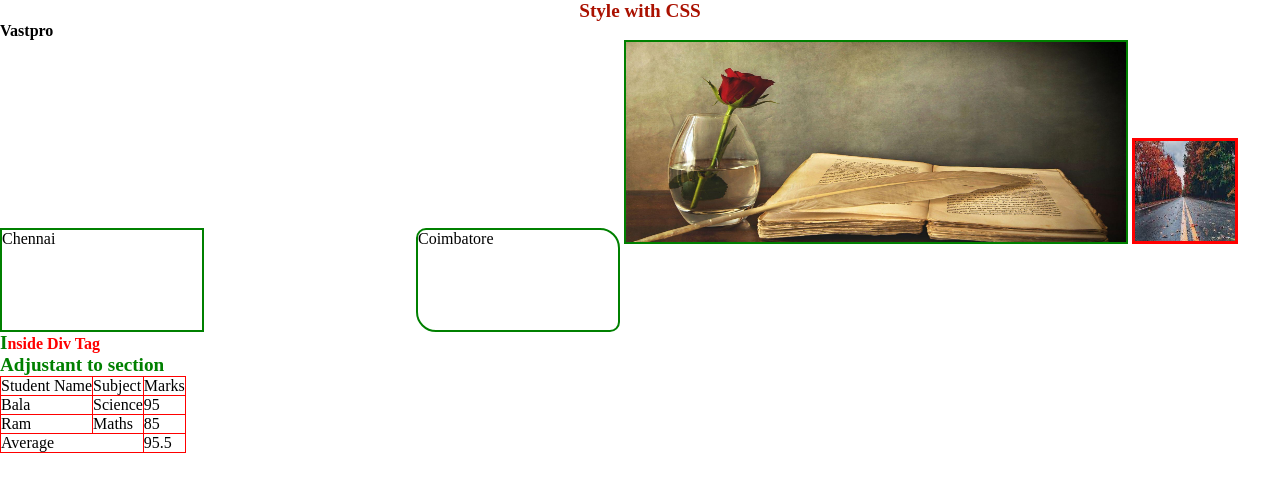
Repository: Balamurugan1914/crud_operation_without_db
Page: http://localhost/CSS_EXAMPLE/
These files come from the project's save history. The page is drawn as it stood at one moment and after the next save; the edit follows.
The browser window is 1280 px wide. The pictures show the whole page.
The page is served by Tomcat 9.

Above is the page before, as saved 2022-06-27 06:10:41.

After the next save:
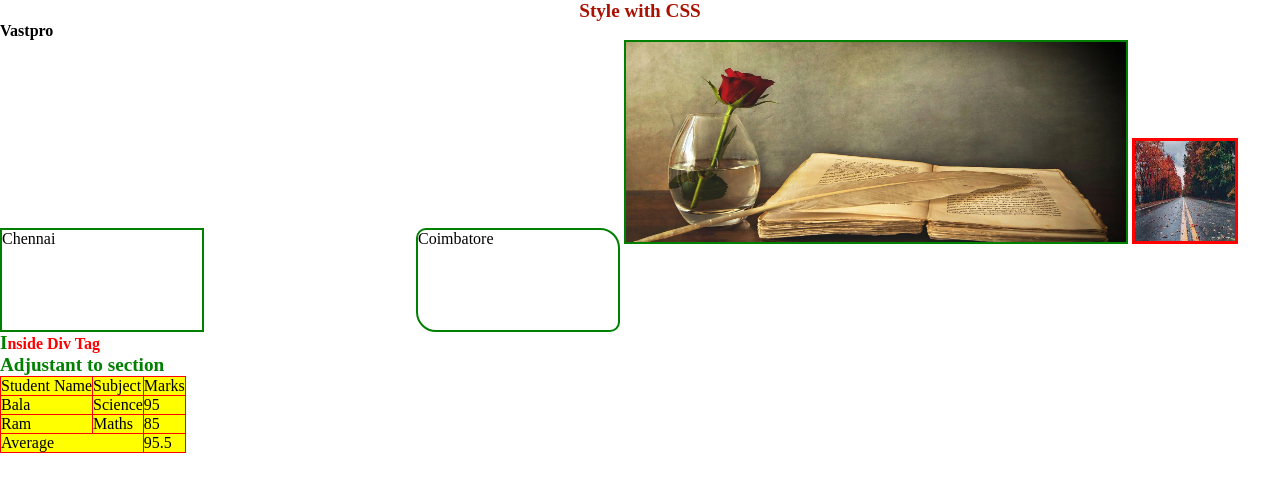
Saved 63 s later.
--- a/CSS_EXAMPLE/src/main/webapp/Style/sample.css
+++ b/CSS_EXAMPLE/src/main/webapp/Style/sample.css
@@ -108,3 +108,9 @@ td,tr,th{
 
 
 }
+
+tr:nth-child(n+1) {
+
+
+	background-color: yellow;
+}
